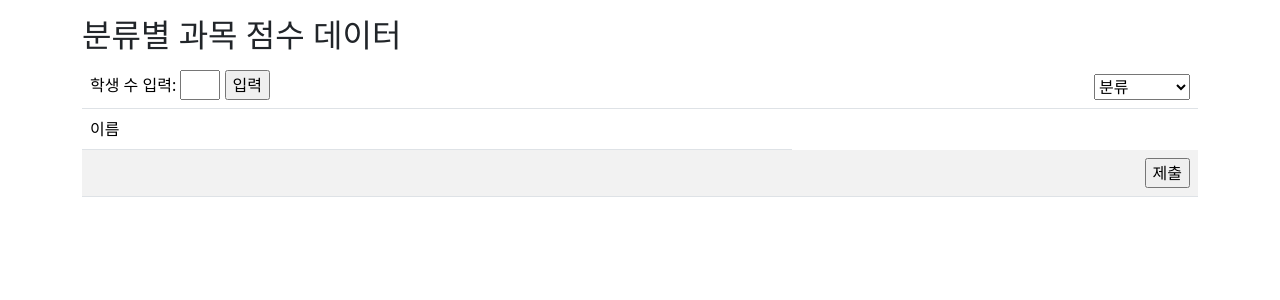
Repository: pshho/newJspProject
Page: http://localhost/JspProj/hwProject/categories
These files come from the project's save history. The page is drawn as it stood at one moment and after the next save; the edit follows.
The browser window is 1280 px wide. The pictures show the whole page.
The page is served by Tomcat 9. Other server files are loaded and not shown.

Above is the page before, as saved 2023-08-01 06:23:20.

### JspProj/src/main/webapp/hwProject/categories.jsp
<%@page import="java.util.Random"%>
<%@ page language="java" contentType="text/html; charset=UTF-8"
    pageEncoding="UTF-8"%>
<%@ taglib uri="http://java.sun.com/jsp/jstl/core" prefix="c" %>
<%@ taglib uri="http://java.sun.com/jsp/jstl/functions" prefix="fn" %>
<!-- 랜덤 점수 데이터 생성자 -->
<%! Random rd = new Random(); %>
<!DOCTYPE html>
<html>
<head>
<meta charset="UTF-8">
<title>분류별 과목 점수 데이터</title>
<link href="https://cdn.jsdelivr.net/npm/bootstrap@5.3.1/dist/css/bootstrap.min.css"
rel="stylesheet"
integrity="sha384-4bw+/aepP/YC94hEpVNVgiZdgIC5+VKNBQNGCHeKRQN+PtmoHDEXuppvnDJzQIu9"
crossorigin="anonymous">
<script src="https://cdn.jsdelivr.net/npm/bootstrap@5.3.1/dist/js/bootstrap.bundle.min.js"
integrity="sha384-HwwvtgBNo3bZJJLYd8oVXjrBZt8cqVSpeBNS5n7C8IVInixGAoxmnlMuBnhbgrkm"
crossorigin="anonymous"></script>
<script type="text/javascript">
	function categoriesChange(){
		let form = document.dataSet;
		let sel = form.sel.value;
		form.action="?";
		if(sel != '분류'){
			form.submit();
		}
	}
</script>
</head>
<body>
	<div class="container my-3">
		<h2>분류별 과목 점수 데이터</h2>
		<form action="/JspProj/hwProject/categoriesProcess" name="dataSet">
			<input type="hidden" name="selDis" value="등수"> <!-- 결과 출력 페이지에서 보일 정렬의 기본값 -->
			<table class="table table-striped">
				<thead>
					<tr>
						<!-- 학생 수 입력 받는 열 -->
						<td>
							<label for="namesCount">학생 수 입력: </label>
							<input type="number" name="namesCount" value="${ nameCount }" style="width: 40px;">
							<input type="submit" value="입력" onclick="categoriesChange()">
						</td>
						<!-- 카테고리 선택 -->
						<td colspan="${ fn:length(distinct) }" align="right">
							<select name="sel" onchange="categoriesChange()">
								<!-- 카테고리 목록 배열로 자신의 선택을 알게 함 -->
								<c:forEach items="${ categories }" var="category">
									<option <c:if test="${ category eq sel }" >selected</c:if>>${ category }</option>
								</c:forEach>
							</select>
						</td>
					</tr>
					<tr>
						<td>이름</td>
						<!-- 해당 카테고리의 과목 수에 따라 달라질 제목 수와 값 -->
						<c:forEach var="dis" items="${ distinct }">
							<td><input type="hidden" value="${ dis }" name="distinct">${ dis }</td>
						</c:forEach>
					</tr>
				</thead>
				<tbody>
					<!-- 랜덤 이름 데이터 for문으로 이름 수만큼 행 생성 -->
					<c:forEach begin="1" end="${ fn:length(names) }">
						<tr>
							<td><input type="text" name="name" style="width: 120px;"></td>
							<!-- 해당 카테고리만큼 과목 수에 따라 랜덤 점수 데이터 열 생성 및 대입 -->
							<c:forEach var="dis" items="${ distinct }">
								<td><input type="text" name="subjects"
									value="<%= rd.nextInt(50, 100) %>" style="width: 50%;"></td>
							</c:forEach>
						</tr>
					</c:forEach>
					<tr>
						<td colspan="${ fn:length(distinct) + 2 }" align="right">
							<input type="submit" value="제출" />
						</td>
					</tr>
				</tbody>
			</table>
		</form>
	</div>
</body>
</html>

### JspProj/src/main/java/JspProject/HwProject.java
package JspProject;

import java.io.IOException;
import java.util.ArrayList;
import java.util.Arrays;
import java.util.List;

import javax.servlet.RequestDispatcher;
import javax.servlet.ServletConfig;
import javax.servlet.ServletException;
import javax.servlet.annotation.WebServlet;
import javax.servlet.http.HttpServlet;
import javax.servlet.http.HttpServletRequest;
import javax.servlet.http.HttpServletResponse;

@WebServlet({"/hwProject/categories", "/hwProject/categoriesProcess"})
public class HwProject extends HttpServlet {
	private static final long serialVersionUID = 1L;

    public HwProject() {
        super();

        System.out.println("카테고리(직장인,일반학생,예체능학생 등) 별 점수 데이터 입력받아 분류하는 Servlet 생성자");
    }

	public void init(ServletConfig config) throws ServletException {
		super.init();

		System.out.println("HwProject Servlet의 init method 초기에 한 번 실행");
	}

	// Service - Get, Post를 통해 Java Class를 불러와 Client에게 Request 받은 데이터를 처리하고 JspPage에 전달하는 역할 등을 함
	protected void doGet(HttpServletRequest request, HttpServletResponse response) throws ServletException, IOException {
		// String root = request.getContextPath(); // 경로 확인

		// System.out.println(root);
		String uri = request.getRequestURI(); // 경로 확인
		String command = uri.substring(uri.lastIndexOf("/"));
		// System.out.println(uri);
		// System.out.println(command);

		// 서버 한글 인코딩
		request.setCharacterEncoding("utf-8");

		// forward 및 redirect 요청 페이지 변수
		String requestPage = null;

		// 요청받은 인자들(카테고리, 이름, 과목, 카테고리 별로 다른 과목을 받을 배열)
		String sel = null;
		String[] names = null;
		String[] categories = null;
		String[] distinct = null;
		String[] subjects = null;

		if(command.equals("/categories")) {
		    categories = "분류,직장인,예체능계열,일반계열".split(","); // 카테고리 분류 - 나중에 미리 저장된 데이터베이스나 Class와 연결 가능
		    sel = request.getParameter("sel"); // 개별 카테고리 이름
		    subjects = "국어,영어,수학,사탐,과탐,체육,음악,미술,가정".split(","); // 과목 분류 - 카테고리 분류와 마찬가지
		    String nameCount = request.getParameter("namesCount"); // 데이터 입력할 학생의 수

		    if (nameCount != null) {
		    	names = new String[Integer.parseInt(nameCount)]; // 입력받은 학생수만큼의 이름 데이터 배열
		    }

		    // 카테고리를 선택했을 때 달라질 과목을 새로운 배열에 담는 작업
		    if(sel != null && !(sel.equals("분류"))) {
		    	for(int i=0; i<categories.length; i++) {
		    		distinct = Arrays.copyOfRange(subjects, 0, i * 2 + 3);
		    		if(sel.equals(categories[i])) {
		    			break;
		    		}
		    	}
		    }

		    // Client에게 요청이 오면 데이터를 데이터베이스나 Class에서 가져와 전달하는 역할
		    // 혹은 필요한 경우 로직으로 데이터 처리 후 전달
		    request.setAttribute("categories", categories); // 카테고리 목록
		    request.setAttribute("distinct", distinct); // 카테고리 별 과목 수와 이름
		    request.setAttribute("names", names); // 이름들
		    request.setAttribute("nameCount", nameCount); // 학생수
			request.setAttribute("sel", sel); // 선택된 개별 카테고리

			requestPage = "categories.jsp"; // 초기 데이터 입력 페이지
		}

		if(command.equals("/categoriesProcess")) {
			categories = "등수,이름".split(","); // 데이터 출력 페이지의 정렬 카테고리
			String[] sels = request.getParameterValues("sel"); // 카테고리 배열
			String selDis = request.getParameter("selDis"); // 선택된 개별 카테고리
			names = request.getParameterValues("name"); // 이름들 데이터
			subjects = request.getParameterValues("subjects"); // 과목 점수(배열) 데이터
			distinct = request.getParameterValues("distinct"); // 선택된 개별 카테고리에 해당하는 과목 수와 이름
			String[] result = "총점,평균,등수,등급".split(","); // 출력을 통해 표시할 정보들
			// 초기에 만들어진 개별 카테고리별 과목과 result배열(총점, 평균, 등수, 등급)을 합친 새로운 카테고리 배열을 받아옴
			String[] iterDistinct = request.getParameterValues("newDistinct");
			// 초기에 만들어진 개별 카테고리별 과목과 categories(등수, 이름)을 합친 새로운 정렬 배열을 받아옴
			String[] iterCategories = request.getParameterValues("newCategories");

			// 개별 과목과 총점, 평균, 등수, 등급을 합친 하나의 배열
			List<String> newDistinct = new ArrayList<>();
			if(iterDistinct != null) {
				newDistinct.addAll(Arrays.asList(iterDistinct));
			}else {
				newDistinct.addAll(Arrays.asList(distinct));
				newDistinct.addAll(Arrays.asList(result));
			}

			// 과목별 순위, 전체 등수, 이름 등의 순서로 정렬하기 위한 하나의 배열
			List<String> newCategories = new ArrayList<>();
			if(iterCategories != null) {
				newCategories.addAll(Arrays.asList(iterCategories));
			}else {
				newCategories.addAll(Arrays.asList(categories));
				newCategories.addAll(Arrays.asList(distinct));
			}

			// Subject와 People을 상속받은 Category Class를 통해 이름, 점수, 카테고리 데이터를 받아와 처리
			Category[][] results = new Category[sels.length][names.length];

			// 미리 작성된 Category Class의 2차원 배열에 이름, 점수, 카테고리 데이터를 입력해 생성하는 작업
			for(int i=0; i<sels.length; i++) {
				for(int j=0; j<names.length; j++) {
					String[] sa = Arrays.copyOfRange(subjects, j*(newDistinct.size()-result.length), (j+1)*(newDistinct.size()-result.length));
					results[i][j] = new Category(sels[i], names[j], sa); // Category 2차원 배열 생성
					results[i][j].setNames(names[j]); // 이름 정렬을 위한 아스키 코드값 할당
				}
			}

			// 다 생성된 Category results의 2차원 배열에 등수를 정리하는 작업
			for(int i=0; i<sels.length; i++) {
				for(Category res : results[i]) {
					res.calcRank(results[i]); // 전체 과목 총점의 평균에 대한 등수
					res.calcSubRank(results[i]); // 개별 과목의 등수
				}
			}

			// 퀵정렬을 위한 생성자
			Category quick = new Category();
			quick.setCategories(newCategories); // 퀵정렬을 위한 정렬 배열 설정
			// 요청받은 정렬 카테고리에 따라 정렬하기 위한 for문
			for(int i=0; i<sels.length; i++) {
				quick.quickDistinct(0, names.length-1, selDis, results[i]);
			}

			// 이클립스에서 결과 확인을 위한 출력문
			for(int i=0; i<sels.length; i++) {
				for(Category cat:results[i]) {
					System.out.println(cat);
				}
				System.out.println();
			}

			for(int i=0; i<newCategories.size(); i++) {
				System.out.print(quick.getCategories().get(i) + " ");
			}

			request.setAttribute("newCategories", newCategories); // 출력 페이지의 정렬 카테고리(이름, 전체 등수, 과목별 등수)
			request.setAttribute("results", results); // Category Class로 정리된 실제 데이터
			// 입력 페이지에서 받아온 선택된 개별 카테고리의 과목 수와 이름
			// 출력 페이지에 추가로 제공할 카테고리(총점, 평균, 등수, 등급)
			request.setAttribute("newDistinct", newDistinct);
			request.setAttribute("category", sels); // 선택된 개별 카테고리(직장인, 예체능계, 일반계)
			request.setAttribute("selDis", selDis); // 정렬 카테고리 값을 받아와 실제 데이터 정렬 순서를 변경시키기 위함

			requestPage = "categoriesProcess.jsp";
		}

		// System.out.println(requestPage);

		// Client에 의해 요청된 url로부터 실제 입력 및 출력 Page로 전달하기 위한 객체
		RequestDispatcher dispatcher = request.getRequestDispatcher(requestPage);
		dispatcher.forward(request, response);
	}

	protected void doPost(HttpServletRequest request, HttpServletResponse response) throws ServletException, IOException {
		doGet(request, response);
	}

	public void destroy() {
		super.destroy();

		System.out.println("HwProject Servlet 종료(destory)");
	}
}

After the next save:
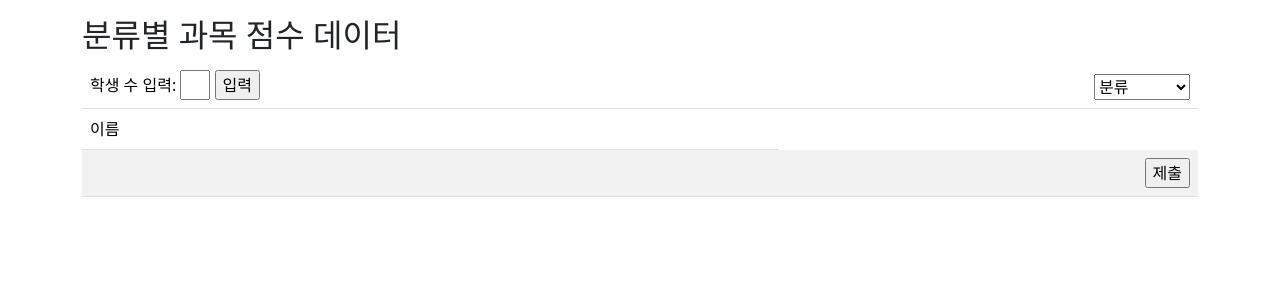
Saved 5 s later.
--- a/JspProj/src/main/webapp/hwProject/categories.jsp
+++ b/JspProj/src/main/webapp/hwProject/categories.jsp
@@ -39,7 +39,7 @@
 						<!-- 학생 수 입력 받는 열 -->
 						<td>
 							<label for="namesCount">학생 수 입력: </label>
-							<input type="number" name="namesCount" value="${ nameCount }" style="width: 40px;">
+							<input type="number" name="namesCount" value="${ nameCount }" style="width: 30px;">
 							<input type="submit" value="입력" onclick="categoriesChange()">
 						</td>
 						<!-- 카테고리 선택 -->

After the save that followed:
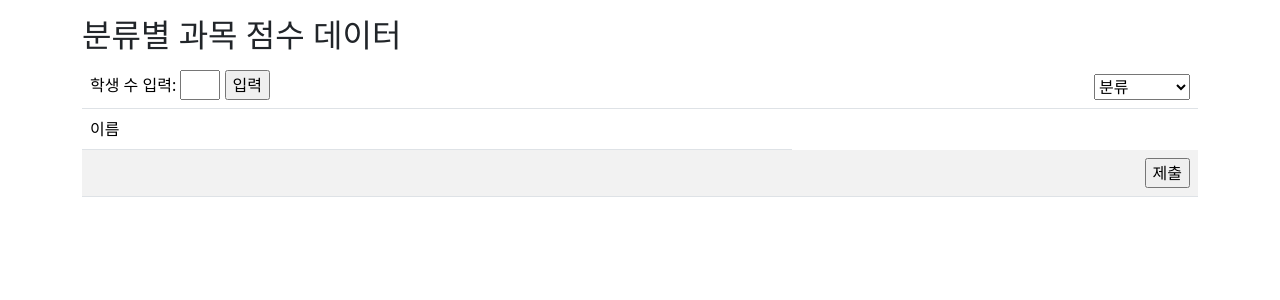
Saved 12 s later.
--- a/JspProj/src/main/webapp/hwProject/categories.jsp
+++ b/JspProj/src/main/webapp/hwProject/categories.jsp
@@ -39,7 +39,7 @@
 						<!-- 학생 수 입력 받는 열 -->
 						<td>
 							<label for="namesCount">학생 수 입력: </label>
-							<input type="number" name="namesCount" value="${ nameCount }" style="width: 30px;">
+							<input type="number" name="namesCount" value="${ nameCount }" style="width: 40px;">
 							<input type="submit" value="입력" onclick="categoriesChange()">
 						</td>
 						<!-- 카테고리 선택 -->
